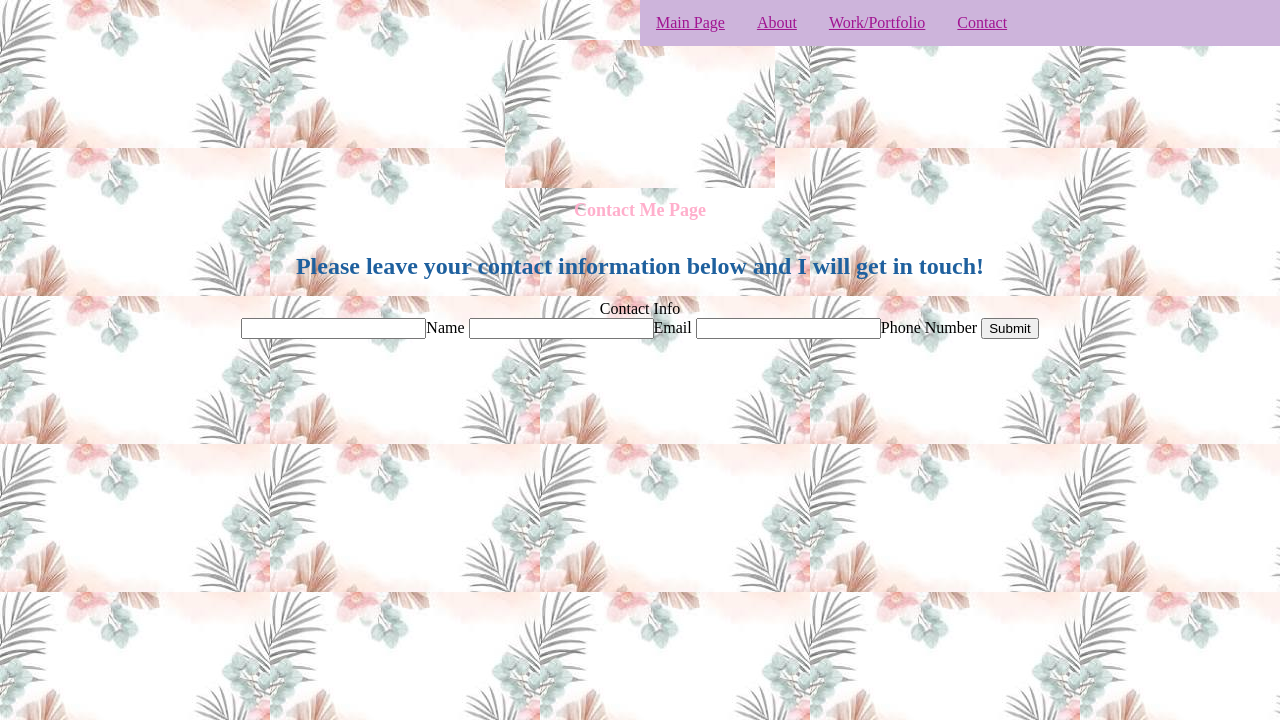
Repository: MelindaN14/My-Personal-Website
Page: contact.html
The author's editor kept a copy of each file at every save. The page is drawn from the files as they stood at one save, then again after a run of saves.
The browser window is 1280 px wide. The pictures show the whole page.

Above is the page before, as saved 2024-03-25 22:34:36.

### contact.html
<!DOCTYPE html>
<html lang="en">
  <head>
    <meta charset="UTF-8" />
    <meta name="viewport" content="width=device-width, initial-scale=1.0" />
    <img src="contact backgound.jpeg" href="contact backgound.jpeg">
    <link rel="stylesheet" a href="style.css">
    <title>Contact</title>
    <!-- contact form needs a submit button along with email and phone  -->
  </head>
  <body>
    <style>
      body{
        background-image: url("contact\ backgound.jpeg");
        background-size:auto;
      }
    </style>
     <nav>
    <div class="navbar">
      <a href="index.html">Main Page</a>
      <a href="about.html">About</a>
      <a href="portfolio.html">Work/Portfolio</a>
      <a href="contact.html">Contact</a>
    </div>
    </nav>
    <h1>Contact Me Page</h1>
    <h2>Please leave your contact information below and I will get in touch!</h2>
    <label for="Form">Contact Info</label>
    <form action="" name="form">
      <input type="text" name="" id="">Name</input>
      <input type="text" name="" id="">Email</input>
      <input type="text" name="" id="">Phone Number</input>
      <input type="submit" name="https://google.com" id=""></input>
    </form>
  </body>
  <footer>
  </footer>
</html>

### style.css
/* Nav Bar */
.navbar {
  overflow: hidden;
  background-color: #cdb4db;
  position: fixed;
  top: 0;
  width: 100%;
}
/* Links */
.navbar a {
  float: left;
  display: block;
  color: #a11491;
  text-align: center;
  padding: 14px 16px;
}
/* Hover */
.navbar a:hover {
  background: #a2d2ff;
  color: black;
}
/* Main Content?? */
.main {
  margin-top: 30px; /* Add a top margin to avoid content overlay? */
}
.header {
  color: #7fb6ea;
  text-align: center;
}

h1 {
  color: #ffafcc;
  font-size: large;
  text-align: center;
}
h2{
    color:#1e609e;
}
p {
  color: #cdb4db;
}

nav {
  color: #bde0fe;
}
body {
  background-image:url('floral.jpeg');
  padding: 2rem;
  display: flex;
  flex-direction: column;
  align-items: center;
  justify-content: center;
}

After the next 2 saves:
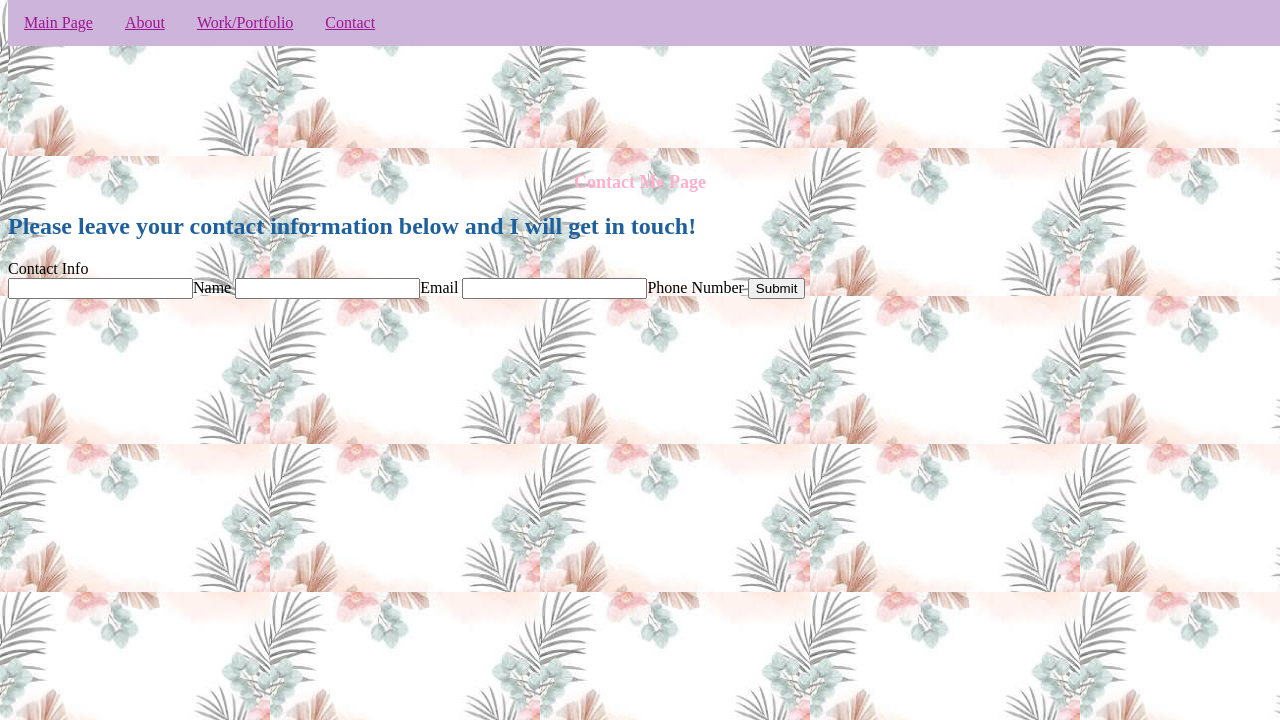
The 2 saves are shown as one change because they came seconds apart.
The last was saved 58 s later.
--- a/style.css
+++ b/style.css
@@ -43,11 +43,11 @@ p {
 nav {
   color: #bde0fe;
 }
-body {
+/* body { */
   background-image:url('floral.jpeg');
   padding: 2rem;
   display: flex;
   flex-direction: column;
   align-items: center;
   justify-content: center;
-}
+/* } */
